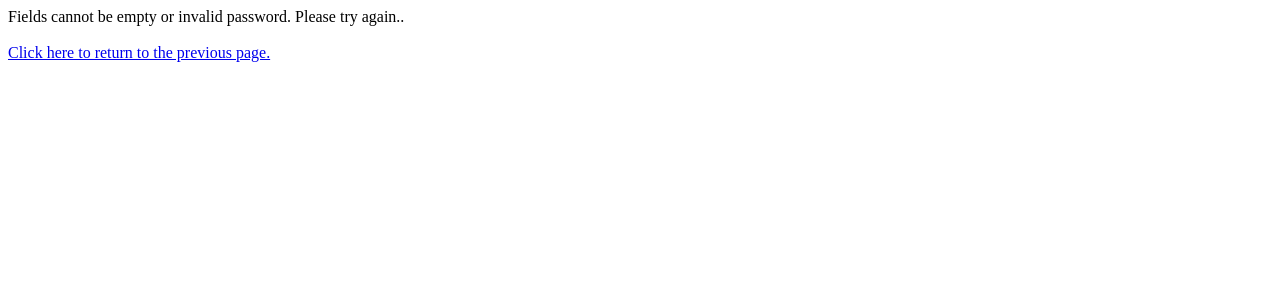
Repository: kingron98/SoftEng-Bank-Web-Application-
Page: http://localhost/SE3_BankWebApp/updateFailure.jsp
An editor plug-in stored every save of this project. The page is shown before and after the next save, followed by the edit.
The browser window is 1280 px wide. The pictures show the whole page.
The page is served by Tomcat 9.

Above is the page before, as saved 2020-12-12 12:55:39.

After the next save:
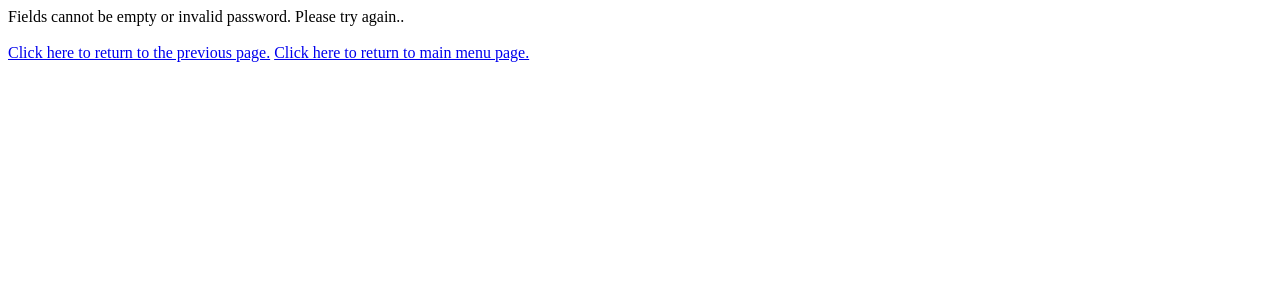
Saved 8 s later.
--- a/SE3 Bank App/Java/Workspace/SE3_BankWebApp/WebContent/updateFailure.jsp
+++ b/SE3 Bank App/Java/Workspace/SE3_BankWebApp/WebContent/updateFailure.jsp
@@ -13,6 +13,7 @@
 	<br/>
 	<br/>
 	<a href="updateProfile.jsp">Click here to return to the previous page.</a>
+	<a href="loginSuccess.jsp">Click here to return to main menu page.</a>
 </body>
 
 </html>
